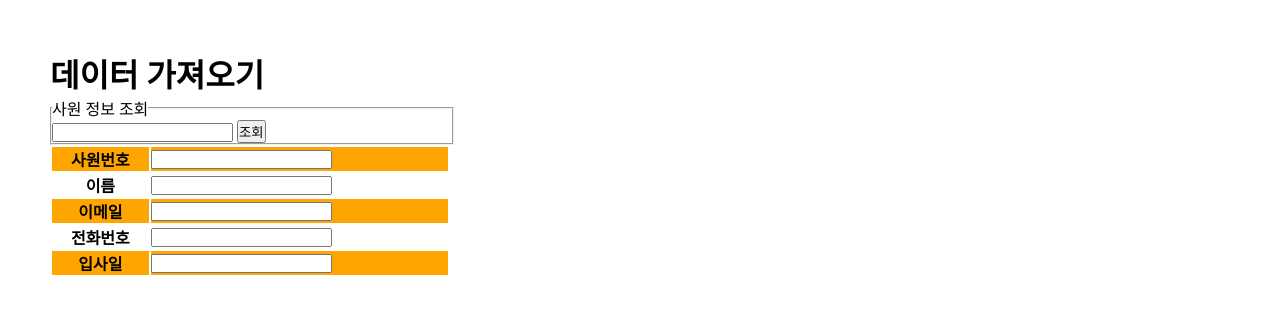
Repository: lafayetteey/WorkSpace_JQ_Ajax
Page: workspace_jq_Ajax/UI_JQ_Ajax/WebContent/jq21_ajax.html
These files come from the project's save history. The page is drawn as it stood at one moment and after the next save; the edit follows.
The browser window is 1280 px wide. The pictures show the whole page.

Above is the page before, as saved 2020-06-22 09:51:35.

After the next save:
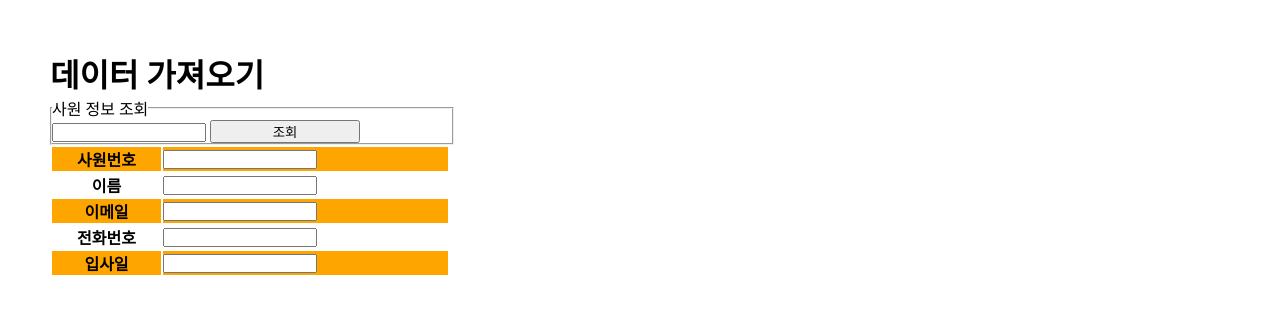
Saved 14 s later.
--- a/workspace_jq_Ajax/UI_JQ_Ajax/WebContent/jq21_ajax.html
+++ b/workspace_jq_Ajax/UI_JQ_Ajax/WebContent/jq21_ajax.html
@@ -9,6 +9,7 @@
 	table tr:nth-child(odd){background-color: orange;}
 	fieldset{width:400px;}
 	body{width:1000px; margin:50px;}
+	input{width:150px;}
 </style>
 </head>
 <body>
